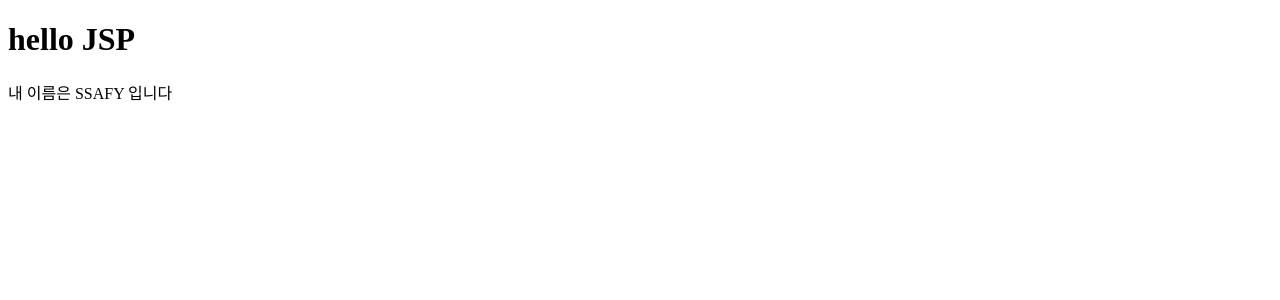
Repository: manchott/JAVAstudy
Page: http://localhost/Back03_JSP/
These files come from the project's save history. The page is drawn as it stood at one moment and after the next save; the edit follows.
The browser window is 1280 px wide. The pictures show the whole page.
The page is served by Tomcat 9.

Above is the page before, as saved 2022-11-02 00:47:48.

After the next save:
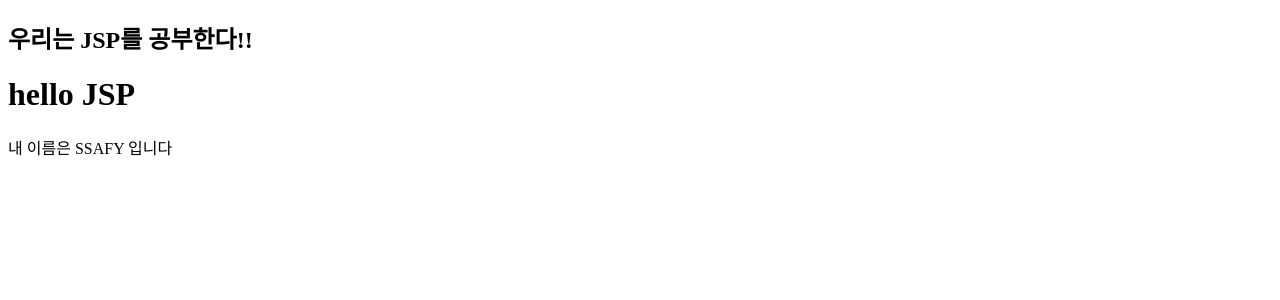
Saved 2 s later.
--- a/workspace/Back03_JSP/WebContent/index.jsp
+++ b/workspace/Back03_JSP/WebContent/index.jsp
@@ -7,6 +7,8 @@
 <title>Hello JSP</title>
 </head>
 <body>
+
+	<h2>우리는 JSP를 공부한다!!</h2>
 	<% String name = "SSAFY"; %>
 
 	<h1>hello JSP</h1>
